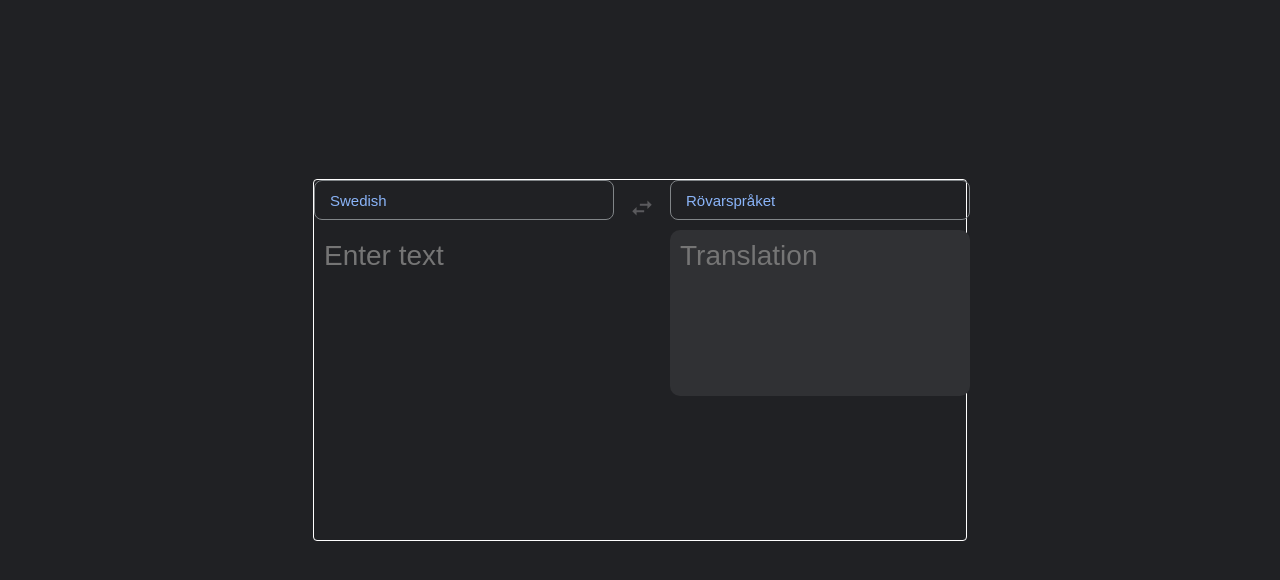
Repository: ShamroOoz/R-varspr-ket-Translator
Page: /
An editor plug-in stored every save of this project. The page is shown before and after the next save, followed by the edit.
The browser window is 1280 px wide. The pictures show the whole page.
The project was rebuilt for these pictures with package versions that can differ from the ones it lists, and the page was loaded fresh each time.

Above is the page before, as saved 2022-05-17 23:42:18.

### public/index.html
<!DOCTYPE html>
<html lang="en">
  <head>
    <meta charset="utf-8" />
    <link rel="icon" href="%PUBLIC_URL%/favicon.ico" />
    <meta name="viewport" content="width=device-width, initial-scale=1" />
    <meta name="theme-color" content="#000000" />
    <meta
      name="description"
      content="Web site created using create-react-app"
    />
    <link rel="apple-touch-icon" href="%PUBLIC_URL%/logo192.png" />
    <!--
      manifest.json provides metadata used when your web app is installed on a
      user's mobile device or desktop. See https://developers.google.com/web/fundamentals/web-app-manifest/
    -->
    <link rel="manifest" href="%PUBLIC_URL%/manifest.json" />
    <!--
      Notice the use of %PUBLIC_URL% in the tags above.
      It will be replaced with the URL of the `public` folder during the build.
      Only files inside the `public` folder can be referenced from the HTML.

      Unlike "/favicon.ico" or "favicon.ico", "%PUBLIC_URL%/favicon.ico" will
      work correctly both with client-side routing and a non-root public URL.
      Learn how to configure a non-root public URL by running `npm run build`.
    -->
    <title>Översättare - Rövarspråket</title>
  </head>
  <body>
    <noscript>You need to enable JavaScript to run this app.</noscript>
    <div id="root"></div>
    <!--
      This HTML file is a template.
      If you open it directly in the browser, you will see an empty page.

      You can add webfonts, meta tags, or analytics to this file.
      The build step will place the bundled scripts into the <body> tag.

      To begin the development, run `npm start` or `yarn start`.
      To create a production bundle, use `npm run build` or `yarn build`.
    -->
  </body>
</html>

### src/index.css
* {
  font-family: arial, sans-serif;
}

body {
  margin: 0;
  background-color: #202124;
  display: flex;
  justify-content: center;
  height: 100vh;
  align-items: center;
}

.app {
  display: flex;
  width: 652px;
  height: 360px;
  border: 1px solid #fff;
  border-radius: 4px;
  margin: 10px;
}

.output,
.input {
  display: flex;
  flex-direction: column;
  width: 300px;
}

textarea {
  background-color: transparent;
  color: #bdc1c6;
  border: none;
  resize: none;
  padding: 10px;
  width: 280px !important;
  height: 146px;
  border-radius: 10px;
  outline: none;
  overflow: auto;
  font-size: 28px;
  margin-top: 10px;
}

.output textarea {
  background-color: #303134;
}

.arrow-container {
  padding: 15px;
  cursor: pointer;
}
.arrow-container svg:hover {
  fill: #fff;
}

.arrow-container svg {
  width: 26px;
  height: 26px;
  fill: #5a5a5d;
}

.option-list {
  width: 100%;
}

.search-bar {
  width: 100%;
  display: flex;
  justify-content: center;
  padding: 10px;
}

input {
  border: 1px solid #818588;
  border-radius: 8px;
  box-sizing: border-box;
  color: #bdc1c6;
  font-size: 14px;
  height: 40px;
  background-color: transparent;
  width: 100%;
}

.select-drop-down input {
  color: #8ab4f8;
  padding: 5px 15px;
  font-size: 15px;
}

.input .delete {
  position: relative;
  left: 265px;
  top: -156px;
  font-size: 50px;
  color: #bdc1c6;
  cursor: pointer;
}
.input .delete:hover {
  color: #8ab4f8;
}

### src/App.js
/* eslint-disable react/style-prop-object */
import { useState, useEffect, useMemo } from "react";
import TextBox from "./components/TextBox";
import Arrows from "./components/Arrows";

function App() {
  const [inputLanguage, setInputLanguage] = useState("Swedish");
  const [outputLanguage, setOutputLanguage] = useState("Rövarspråket");
  const [textToTranslate, setTextToTranslate] = useState("");
  const [translatedText, setTranslatedText] = useState("");

  useEffect(() => {
    if (textToTranslate) {
      setTranslatedText(
        outputLanguage === "Rövarspråket" ? encoded() : decoded()
      );
    }
    // eslint-disable-next-line react-hooks/exhaustive-deps
  }, [textToTranslate]);

  const encoded = useMemo(
    () => () => {
      let consonants = "BbCcDdFfGgHhJjKkLlMmNnPpQqRrSsTtVvWwXxYyZz";
      let new_word = [];
      for (let x of textToTranslate) {
        consonants.includes(x) ? new_word.push(x + "o" + x) : new_word.push(x);
      }
      return new_word.join("");
    },
    [textToTranslate]
  );

  const decoded = useMemo(
    () => () => {
      let consonants = "BbCcDdFfGgHhJjKkLlMmNnPpQqRrSsTtVvWwXxYyZz";
      let new_word = "";
      let index = 0;
      while (index < textToTranslate.length) {
        new_word += textToTranslate[index];
        consonants.includes(textToTranslate[index])
          ? (index += 3)
          : (index += 1);
      }
      return new_word;
    },
    [textToTranslate]
  );

  const handleClick = () => {
    setInputLanguage(outputLanguage);
    setOutputLanguage(inputLanguage);
    if (textToTranslate && translatedText) {
      setTextToTranslate(translatedText);
    }
  };

  return (
    <div className="app">
      <TextBox
        style="input"
        selectedLanguage={inputLanguage}
        setTextToTranslate={setTextToTranslate}
        textToTranslate={textToTranslate}
        setTranslatedText={setTranslatedText}
      />
      <div className="arrow-container" onClick={handleClick}>
        <Arrows />
      </div>
      <TextBox
        style="output"
        selectedLanguage={outputLanguage}
        translatedText={translatedText}
      />
    </div>
  );
}

export default App;

### src/components/TextBox.js
import SelectDropDown from "./SelectDropDown";

const TextBox = ({
  style,
  selectedLanguage,
  setTextToTranslate,
  textToTranslate,
  translatedText,
  setTranslatedText,
}) => {
  const handleClick = () => {
    setTextToTranslate("");
    setTranslatedText("");
  };
  return (
    <div className={style}>
      <SelectDropDown selectedLanguage={selectedLanguage} />
      <textarea
        disabled={style === "output"}
        className={style}
        placeholder={style === "input" ? "Enter text" : "Translation"}
        onChange={(e) => setTextToTranslate(e.target.value)}
        value={style === "input" ? textToTranslate : translatedText}
      />
      {style === "input" && textToTranslate && (
        <div className="delete" onClick={handleClick}>
          ˟
        </div>
      )}
    </div>
  );
};

export default TextBox;

### src/components/Arrows.js
const Arrows = () => {
  return (
    <svg
      focusable="false"
      xmlns="http://www.w3.org/2000/svg"
      viewBox="0 0 24 24"
    >
      <path d="M6.99 11L3 15l3.99 4v-3H14v-2H6.99v-3zM21 9l-3.99-4v3H10v2h7.01v3L21 9z"></path>
    </svg>
  );
};

export default Arrows;

### src/components/SelectDropDown.js
const SelectDropDown = ({ selectedLanguage }) => {
  return (
    <div className="select-drop-down">
      <input value={selectedLanguage} />
    </div>
  );
};

export default SelectDropDown;

Loaded but not shown: src/index.js (common file)

After the next save:
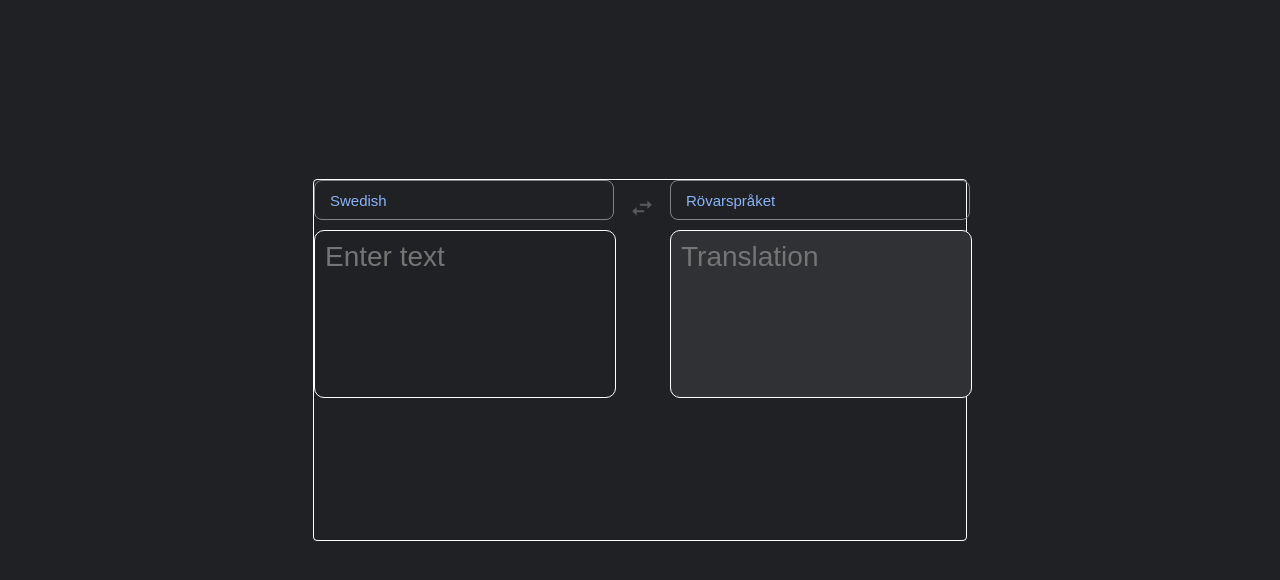
Saved 44 s later.
--- a/src/index.css
+++ b/src/index.css
@@ -40,6 +40,7 @@ textarea {
   overflow: auto;
   font-size: 28px;
   margin-top: 10px;
+  border: 1px solid #fff;
 }
 
 .output textarea {
